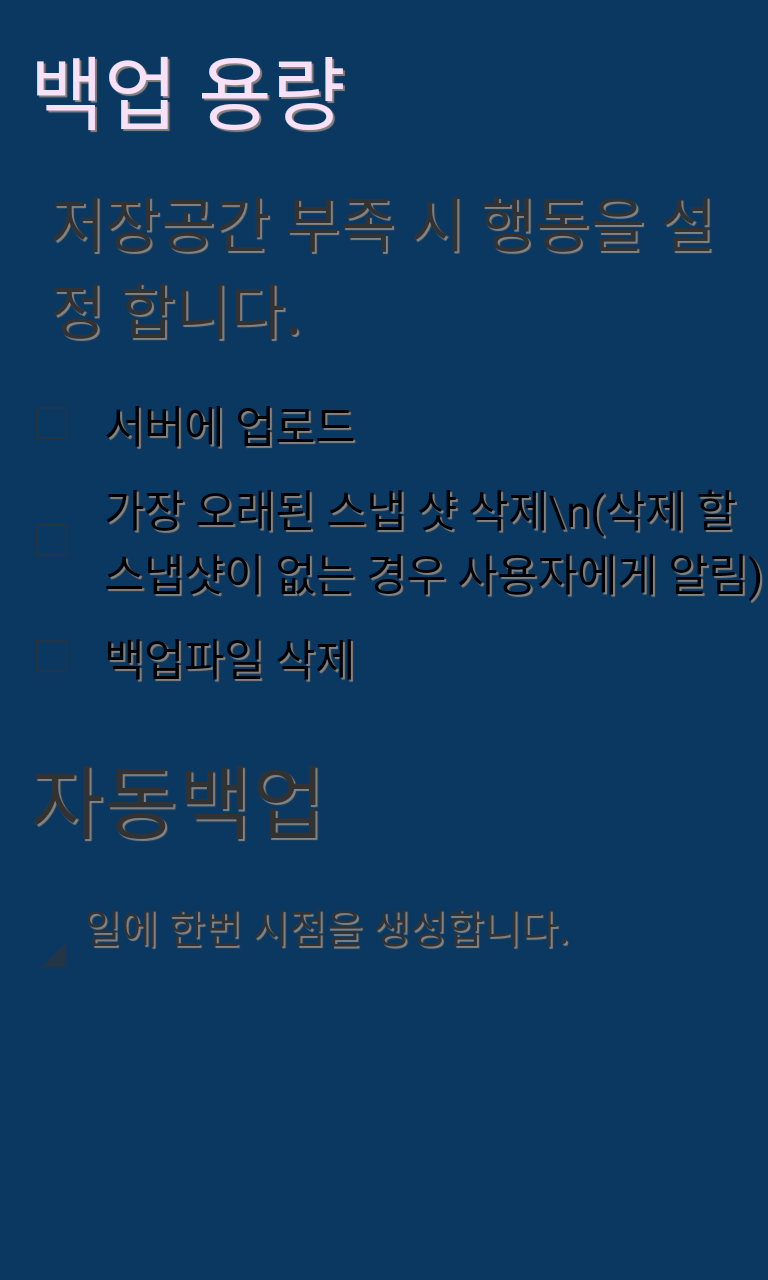
Repository: zzttt/LVM_BackupSol
Layout: TimeTraveler/res/layout/inflate_three.xml
The author's editor kept a copy of each file at every save. The layout is drawn from the files as they stood at one save, then again after a run of saves.
It is drawn on a 768 x 1280 px phone screen (xhdpi) without system bars, with theme AppTheme; the app's code is not run.

Above is the layout before, as saved 2014-07-02 15:26:31.

### TimeTraveler/res/layout/inflate_three.xml
<?xml version="1.0" encoding="utf-8"?>
<RelativeLayout xmlns:android="http://schemas.android.com/apk/res/android"
    android:layout_width="fill_parent"
    android:layout_height="fill_parent"
    android:orientation="vertical" >

    <ScrollView
        android:id="@+id/elv_list3"
        android:layout_width="fill_parent"
        android:layout_height="fill_parent"
        android:background="#F4FA58"
        android:fillViewport="true" >

        <LinearLayout
            android:id="@+id/ll_three"
            android:layout_width="fill_parent"
            android:layout_height="fill_parent"
            android:background="#0B3861"
            android:orientation="vertical" >

            <TextView
                android:layout_width="match_parent"
                android:layout_height="wrap_content"
                android:layout_marginLeft="15dp"
                android:layout_marginTop="15dp"
                android:shadowColor="#848484"
                android:textColor="#F8E0F7"
                android:shadowDx="2"
                android:shadowDy="2"
                android:shadowRadius="0.01"
                android:text="백업 용량"
                android:textSize="40sp" />

            <TextView
                android:layout_width="match_parent"
                android:layout_height="wrap_content"
                android:layout_marginBottom="20dp"
                android:layout_marginLeft="25dp"
                android:layout_marginTop="15dp"
                android:shadowColor="#848484"
                android:shadowDx="2"
                android:shadowDy="2"
                android:shadowRadius="0.01"
                android:text="저장공간 부족 시 행동을 설정 합니다."
                android:textSize="30sp" />

            <CheckBox
                android:id="@+id/checkbox_upToSrv"
                android:layout_width="match_parent"
                android:layout_height="wrap_content"
                android:layout_marginBottom="10dp"
                android:layout_marginLeft="10dp"
                android:paddingLeft="10dp"
                android:shadowColor="#848484"
                android:shadowDx="2"
                android:shadowDy="2"
                android:shadowRadius="0.01"
                android:text="서버에 업로드"
                android:textSize="22sp" />

            <CheckBox
                android:id="@+id/checkbox_delSnapshot"
                android:layout_width="match_parent"
                android:layout_height="wrap_content"
                android:layout_marginBottom="10dp"
                android:layout_marginLeft="10dp"
                android:paddingLeft="10dp"
                android:shadowColor="#848484"
                android:shadowDx="2"
                android:shadowDy="2"
                android:shadowRadius="0.01"
                android:text="가장 오래된 스냅 샷 삭제\n(삭제 할 스냅샷이 없는 경우 사용자에게 알림)"
                android:textSize="22sp" />

            <CheckBox
                android:id="@+id/checkbox_delBackup"
                android:layout_width="match_parent"
                android:layout_height="wrap_content"
                android:layout_marginBottom="10dp"
                android:layout_marginLeft="10dp"
                android:paddingLeft="10dp"
                android:shadowColor="#848484"
                android:shadowDx="2"
                android:shadowDy="2"
                android:shadowRadius="0.01"
                android:text="백업파일 삭제"
                android:textSize="22sp" />

            <TextView
                android:layout_width="match_parent"
                android:layout_height="wrap_content"
                android:layout_marginLeft="15dp"
                android:layout_marginTop="15dp"
                android:shadowColor="#848484"
                android:shadowDx="2"
                android:shadowDy="2"
                android:shadowRadius="0.01"
                android:text="자동백업"
                android:textSize="40sp" />

            <RelativeLayout
                android:layout_width="fill_parent"
                android:layout_height="wrap_content"
                android:gravity="center" >

                <Spinner
                    android:id="@+id/dateSpinner"
                    android:layout_width="wrap_content"
                    android:layout_height="50dip"
                    android:layout_centerVertical="true"
                    android:layout_marginLeft="15dp"
                    android:layout_marginTop="20dp"
                    android:drawSelectorOnTop="true"
                android:shadowColor="#848484"
                android:shadowDx="2"
                android:shadowDy="2"
                android:shadowRadius="0.01"
                    android:gravity="center_vertical" />

                <TextView
                    android:layout_width="match_parent"
                    android:layout_height="50dip"
                    android:layout_centerVertical="true"
                    android:layout_toRightOf="@id/dateSpinner"
                    android:gravity="center_vertical"
                    android:shadowColor="#848484"
                    android:shadowDx="2"
                    android:shadowDy="2"
                    android:shadowRadius="0.01"
                    android:text=" 일에 한번 시점을 생성합니다."
                    android:textSize="20sp" />
            </RelativeLayout>
        </LinearLayout>
    </ScrollView>

</RelativeLayout>

Loaded but not shown: TimeTraveler/res/values/styles.xml (common file); TimeTraveler/res/values-v11/styles.xml (common file); TimeTraveler/res/values-v14/styles.xml (common file)

After the next 4 saves:
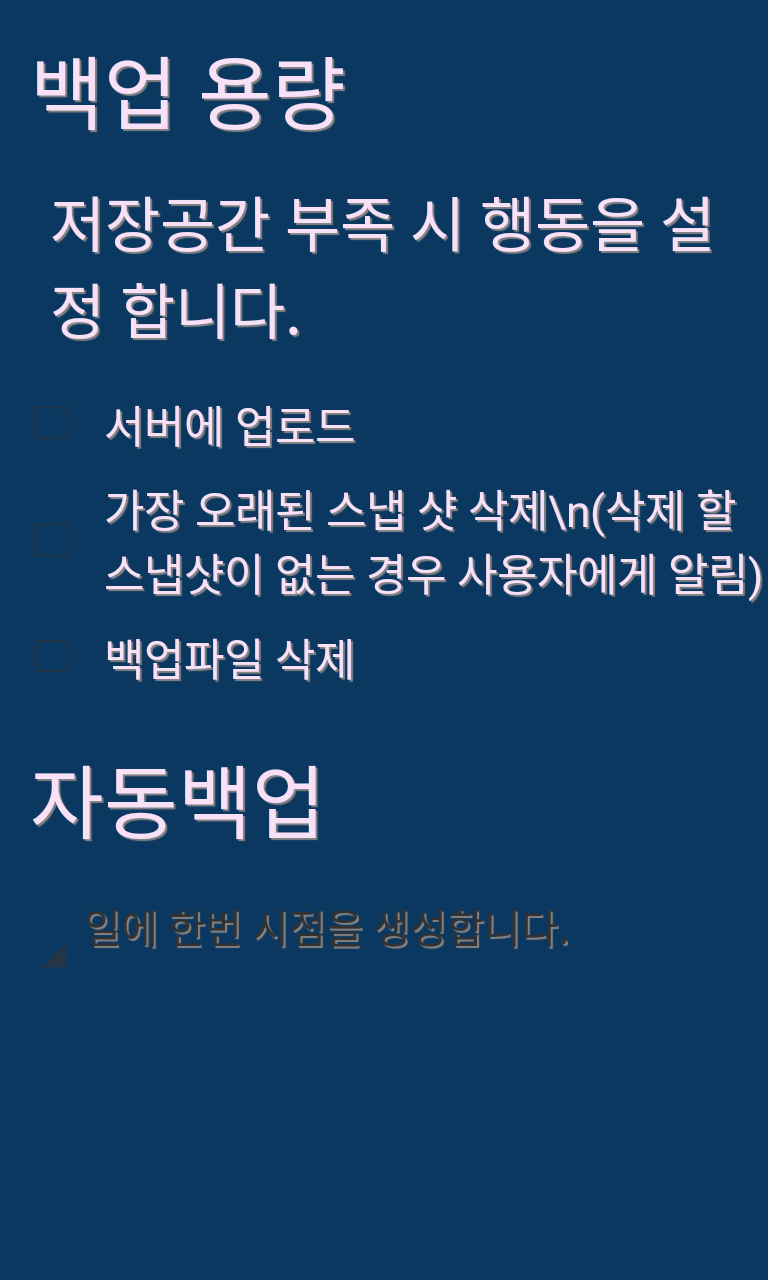
The 4 saves are shown as one change because they came seconds apart.
The last was saved 11 s later.
--- a/TimeTraveler/res/layout/inflate_three.xml
+++ b/TimeTraveler/res/layout/inflate_three.xml
@@ -39,6 +39,7 @@
                 android:layout_marginTop="15dp"
                 android:shadowColor="#848484"
                 android:shadowDx="2"
+                android:textColor="#F8E0F7"
                 android:shadowDy="2"
                 android:shadowRadius="0.01"
                 android:text="저장공간 부족 시 행동을 설정 합니다."
@@ -50,6 +51,7 @@
                 android:layout_height="wrap_content"
                 android:layout_marginBottom="10dp"
                 android:layout_marginLeft="10dp"
+                android:textColor="#F8E0F7"
                 android:paddingLeft="10dp"
                 android:shadowColor="#848484"
                 android:shadowDx="2"
@@ -64,6 +66,7 @@
                 android:layout_height="wrap_content"
                 android:layout_marginBottom="10dp"
                 android:layout_marginLeft="10dp"
+                android:textColor="#F8E0F7"
                 android:paddingLeft="10dp"
                 android:shadowColor="#848484"
                 android:shadowDx="2"
@@ -80,6 +83,7 @@
                 android:layout_marginLeft="10dp"
                 android:paddingLeft="10dp"
                 android:shadowColor="#848484"
+                android:textColor="#F8E0F7"
                 android:shadowDx="2"
                 android:shadowDy="2"
                 android:shadowRadius="0.01"
@@ -95,6 +99,7 @@
                 android:shadowDx="2"
                 android:shadowDy="2"
                 android:shadowRadius="0.01"
+                android:textColor="#F8E0F7"
                 android:text="자동백업"
                 android:textSize="40sp" />
 
